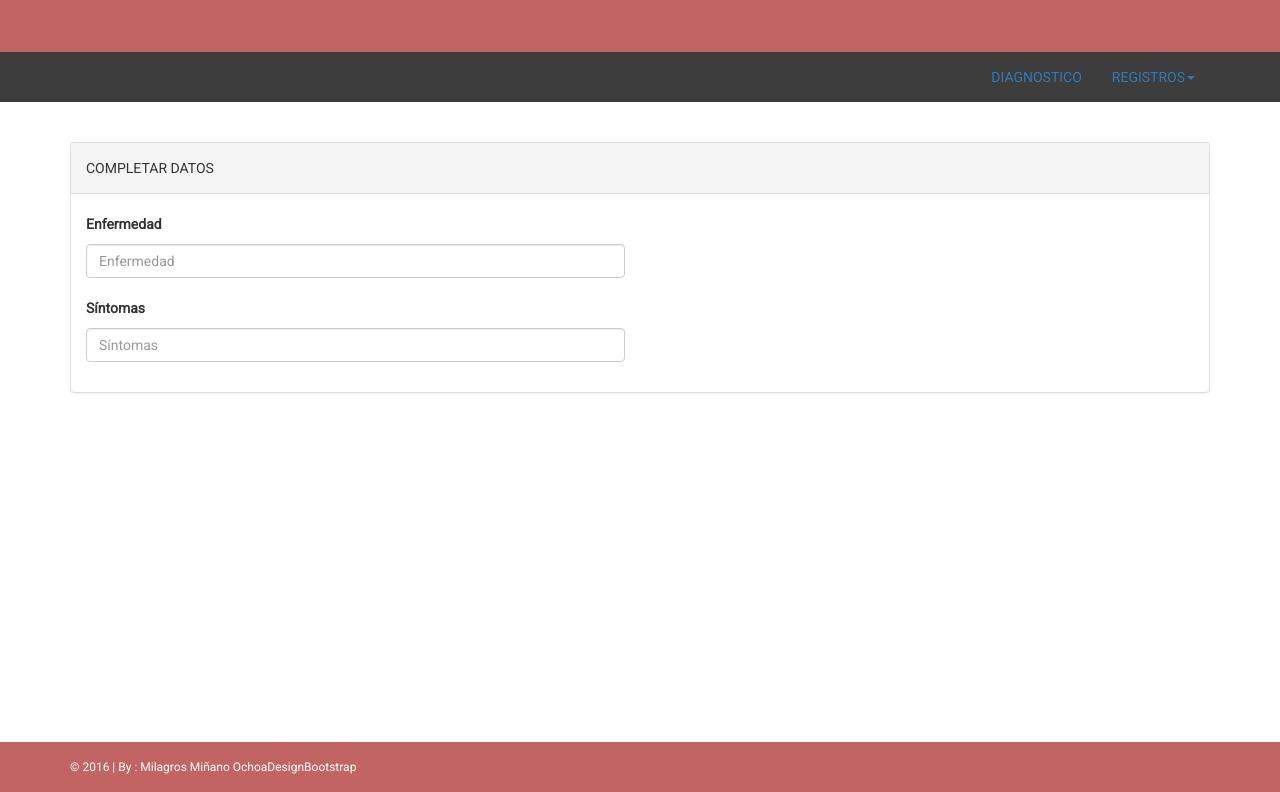
Repository: Mili10/PROYECTOII
Page: http://localhost/Capa_Presentación/frmRegistroSintoma.jsp
An editor plug-in stored every save of this project. The page is shown before and after the next save, followed by the edit.
The browser window is 1280 px wide. The pictures show the whole page.
The page is served by Tomcat 9.

Above is the page before, as saved 2016-05-16 05:49:27.

### sistema_experto_web/Capa_Presentación/WebContent/frmRegistroSintoma.jsp
<%@ page language="java" contentType="text/html; charset=ISO-8859-1"
    pageEncoding="ISO-8859-1"%>
<!DOCTYPE html PUBLIC "-//W3C//DTD HTML 4.01 Transitional//EN" "http://www.w3.org/TR/html4/loose.dtd">
<html>
<head>
<meta http-equiv="Content-Type" content="text/html; charset=ISO-8859-1">
<title>Insert title here</title>
	<link href="Plantilla/css/bootstrap.css" rel="stylesheet" />
    <link href="Plantilla/css/font-awesome.css" rel="stylesheet" />
    <link href="Plantilla/css/style.css" rel="stylesheet" />
</head>
<body>
	<jsp:include page="includes/masterHeader.jsp"></jsp:include>
	<div class="content-wrapper">
		<div class="container">
			<div class="panel panel-default">
	             <div class="panel-heading">
	               COMPLETAR DATOS
	             </div>
	              <div class="row">
		             <div class="panel-body">
		             	<div class="col-md-6">
						  <form>
						  <div class="form-group">
						    <label for="exampleInputEmail1">Enfermedad</label>
						    <input type="text" class="form-control" placeholder="Enfermedad">
						  </div>
						  <div class="form-group">
						    <label for="exampleInputPassword1">Síntomas</label>
						    <input type="text" class="form-control" placeholder="Síntomas">
						  </div>
						 </form>
						</div>
					  </div>
				  </div>
	         </div>
	      </div>
      </div>


	<jsp:include page="includes/masterFooter.jsp"></jsp:include>

	<script src="Plantilla/js/jquery-1.11.1.js"></script>
    <script src="Plantilla/js/bootstrap.js"></script>
</body>
</html>

### sistema_experto_web/Capa_Presentación/WebContent/includes/masterHeader.jsp
    <div class="navbar navbar-inverse set-radius-zero">
        <div class="container">
            <div class="navbar-header">
                <button type="button" class="navbar-toggle" data-toggle="collapse" data-target=".navbar-collapse">
                    <span class="icon-bar"></span>
                    <span class="icon-bar"></span>
                    <span class="icon-bar"></span>
                </button>
                <a class="navbar-brand" href="index.html">

                </a>

            </div>

        </div>
    </div>
    <!-- LOGO HEADER END-->
    <section class="menu-section">
        <div class="container">
            <div class="row">
                <div class="col-md-12">
                    <div class="navbar-collapse collapse">
                        <ul class="nav navbar-nav navbar-right">
                            <li><a href="frmCuestionario.jsp">DIAGNOSTICO</a></li>
                            <li class="dropdown">
                            	<a href="#" class="dropdown-toggle" data-toggle="dropdown" role="button" aria-haspopup="true" aria-expanded="false">REGISTROS<span class="caret"></span></a>
                            	<ul class="dropdown-menu">
						            <li><a href="frmRegistroSintoma.jsp" role="button">SINTOMA</a></li>
						        </ul>
                            </li>
                        </ul>
                    </div>
                </div>

            </div>
        </div>
    </section>

### sistema_experto_web/Capa_Presentación/WebContent/includes/masterFooter.jsp
<!-- CONTENT-WRAPPER SECTION END-->
    <footer>
        <div class="container">
            <div class="row">
                <div class="col-md-12">
                    &copy; 2016 | By : Milagros Miñano Ochoa<a href="http://www.designbootstrap.com/" target="_blank">DesignBootstrap</a>
                </div>

            </div>
        </div>
    </footer>

### sistema_experto_web/Capa_Presentación/WebContent/Plantilla/css/style.css

/*=============================================================
    Authour URL: www.designbootstrap.com

    http://www.designbootstrap.com/

    License: MIT

    http://opensource.org/licenses/MIT

    100% Free To use For Personal And Commercial Use.

    IN EXCHANGE JUST TELL PEOPLE ABOUT THIS WEBSITE

========================================================  */


/* =============================================================
   GENERAL STYLES
 ============================================================ */

@import url(http://fonts.googleapis.com/css?family=Roboto); /* FREE GOOGLE FONT */

body {
    font-family: 'Roboto', sans-serif;
    line-height: 30px;
}

.set-radius-zero {
    border-radius: 0px;
    -moz-border-radius: 0px;
    -webkit-border-radius: 0px;
}

.content-wrapper {
    margin-top: 40px;
    min-height: 600px;
    padding-bottom: 60px;
}

.page-head-line {
    font-weight: 900;
    padding-bottom: 20px;
    border-bottom: 2px solid #F0677C;
    text-transform: uppercase;
    color: #F0677C;
    font-size: 20px;
    margin-bottom: 40px;
}

.btn {
    border-radius: 0px;
    -webkit-border-radius: 0px;
    -moz-border-radius: 0px;
}

.progress {
    height: 8px;
    border-radius: 0px;
    -webkit-border-radius: 0px;
    -moz-border-radius: 0px;
}
.login-icon {
    height: 60px;
width: 60px;
padding: 13px;
border-radius: 50%;
font-size: 30px;
margin-bottom: 20px;
color: #fff;
text-align: center;
cursor:pointer;
background-color:#F0677C;
-webkit-border-radius:50%;
    -moz-border-radius:50%;
}
/* =============================================================
   HEADER SECTION STYLES
 ============================================================ */
header {
    background-color: #F0677C;
    color: #fff;
    padding: 10px;
    text-align: right;
}


/* =============================================================
   LOGO SECTION STYLES
 ============================================================ */
.left-div {
    padding-left: 30px;
    margin-top: 40px;
    margin-bottom: 30px;
}

.navbar-brand {
    width: 250px;
    padding-top: 30px;
}

/* USER SETTINGS DIV */
.user-settings-wrapper .nav > li > a {
    position: relative;
    display: block;
    padding: 15px 18px;
    border-radius: 50%;
    -webkit-border-radius: 50%;
    -moz-border-radius: 50%;
    height: 60px;
    width: 60px;
    background-color: #F0677C;
    color: #fff;
}

.user-settings-wrapper {
    margin-top: 10px;
}

    .user-settings-wrapper li {
        display: inline-block;
    }

    .user-settings-wrapper .dropdown-settings {
        width: 200px;
        padding: 10px;
    }

    .user-settings-wrapper .nav > li > a:hover,.user-settings-wrapper .nav > li > a:focus {
        text-decoration: none;
        background-color: #C36464!important;
    }

    .user-settings-wrapper img {
        height: 64px;
        width: 64px;
        border: 1px solid #000000;
    }

    .user-settings-wrapper .dropdown-menu {
        margin: 0px;
        border-radius: 0px!important;
        -moz-border-radius: 0px!important;
        -webkit-border-radius: 0px!important;
    }

    .user-settings-wrapper .btn {
        border-radius: 0px!important;
        -moz-border-radius: 0px!important;
        -webkit-border-radius: 0px!important;
    }

    .user-settings-wrapper .media-heading {
        padding-top: 10px;
    }

/* MENU LINKS SECTION*/

.menu-section {
    background-color: #3D3D3D;
}

#menu-top a {
    color: #FFF;
    text-decoration: none;
    font-weight: 500;
    padding: 10px 10px 10px 10px;
    text-transform: uppercase;
}

.menu-top-active {
    background-color: #C36464;
}

.menu-section .nav > li > a:hover,.menu-section .nav > li > a:focus {
    background-color: #F0677C!important;
}

.menu-section .dropdown-menu > li > a:hover,.menu-section .dropdown-menu > li > a:focus {
    background-color: #F0677C!important;
}

.navbar-inverse {
    background-color: #C36464;
    border-color: transparent;
}

.navbar-toggle {
    background-color: #F0677C;
    border: 1px solid #fff;
}

.navbar {
    margin-bottom: 0px;
}
/* =============================================================
   FOOTER SECTION STYLES
 ============================================================ */
footer {
    padding: 10px;
    color: #fff;
    font-size: 12px;
    background-color: #C36464;
}

    footer a, footer a:hover {
        color: #fff;
        text-decoration: none;
    }

/*==============================================
    DASHBOARD  STYLES
 =============================================*/

/* DASHBOARD ICONS */

.bk-clr-one {
    background-color: #B9B739;
}

.bk-clr-two {
    background-color: #F94C4C;
}

.bk-clr-three {
    background-color: #119c7e;
}

.bk-clr-four {
    background-color: #b739b9;
}

.dashboard-div-icon {
    height: 75px;
    width: 75px;
    border: 2px solid #fff;
    padding: 20px;
    border-radius: 50%;
    -webkit-border-radius:50%;
    -moz-border-radius:50%;
    font-size: 30px;
    margin-bottom: 20px;
    color: #fff;
}

.dashboard-div-wrapper {
    border-radius: 5px;
    text-align: center;
    padding: 15px;
    color: #fff;
    margin-bottom: 50px;
}

    .dashboard-div-wrapper .progress {
        height: 2px;
    }

/* NOTICE BOARD */


.notice-board .panel {
    border-radius: 0px;
    -webkit-border-radius: 0px;
    -moz-border-radius: 0px;
}

.notice-board ul {
    padding-left: 0px;
    list-style: none;
}

.notice-board li {
    padding: 10px;
    border-bottom: 1px solid #E5E5E5;
}

    .notice-board li span {
        margin-right: 10px;
        border: 1px solid #DBDBDB;
        padding: 5px;
    }

    .notice-board li a, li a:hover {
        text-decoration: none;
        color: #000;
    }

/* SOCIAL BUTTONS */
.btn-social {
    color: white;
    opacity: 0.8;
}

    .btn-social:hover {
        color: white;
        opacity: 1;
        text-decoration: none;
    }

.btn-facebook {
    background-color: #3b5998;
}

.btn-twitter {
    background-color: #00aced;
}

.btn-linkedin {
    background-color: #0e76a8;
}

.btn-google {
    background-color: #c32f10;
}

Loaded but not shown: sistema_experto_web/Capa_Presentación/WebContent/Plantilla/css/bootstrap.css (library); sistema_experto_web/Capa_Presentación/WebContent/Plantilla/css/font-awesome.css (library); sistema_experto_web/Capa_Presentación/WebContent/Plantilla/js/jquery-1.11.1.js (library); sistema_experto_web/Capa_Presentación/WebContent/Plantilla/js/bootstrap.js (library)

After the next save:
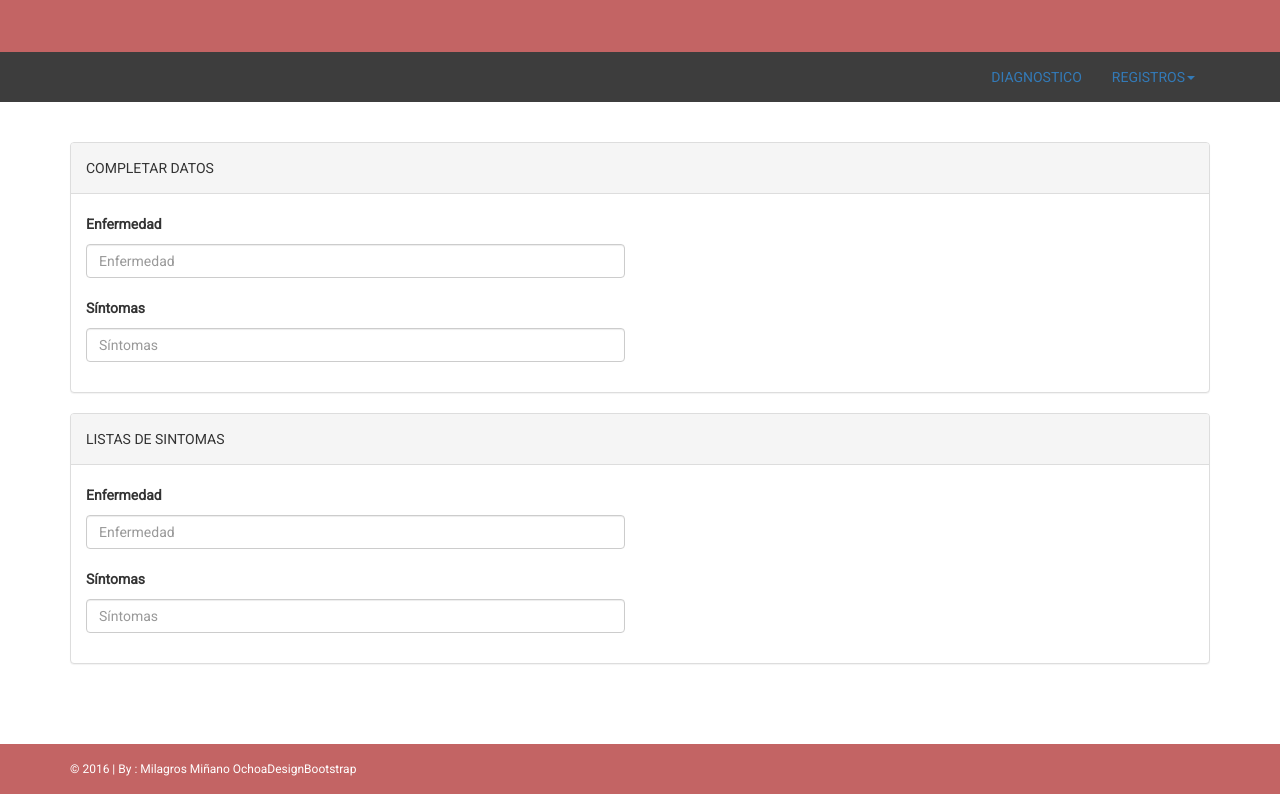
Saved 9 min 9 s later.
--- a/sistema_experto_web/Capa_Presentación/WebContent/frmRegistroSintoma.jsp
+++ b/sistema_experto_web/Capa_Presentación/WebContent/frmRegistroSintoma.jsp
@@ -34,6 +34,29 @@
 					  </div>
 				  </div>
 	         </div>
+
+	         <div class="panel panel-default">
+	             <div class="panel-heading">
+	               LISTAS DE SINTOMAS
+	             </div>
+	              <div class="row">
+		             <div class="panel-body">
+		             	<div class="col-md-6">
+						  <form>
+						  <div class="form-group">
+						    <label for="exampleInputEmail1">Enfermedad</label>
+						    <input type="text" class="form-control" placeholder="Enfermedad">
+						  </div>
+						  <div class="form-group">
+						    <label for="exampleInputPassword1">Síntomas</label>
+						    <input type="text" class="form-control" placeholder="Síntomas">
+						  </div>
+						 </form>
+						</div>
+					  </div>
+				  </div>
+	         </div>
+
 	      </div>
       </div>
 
